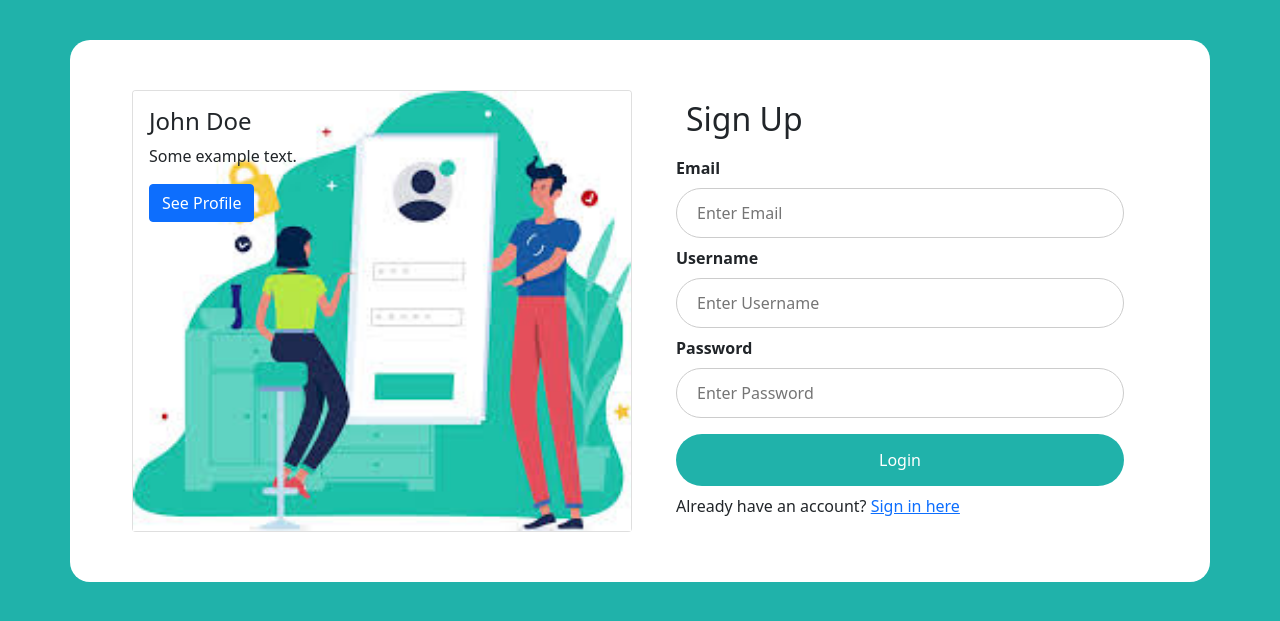
Repository: Sadia-Naveed-Shaikh/JavaScript-Website
Page: SignUp.html
These files come from the project's save history. The page is drawn as it stood at one moment and after the next save; the edit follows.
The browser window is 1280 px wide. The pictures show the whole page.

Above is the page before, as saved 2021-10-27 15:23:07.

### SignUp.html
<!DOCTYPE html>
<html>

<head>
    <meta charset="utf-8">
    <meta name="viewport" content="width=device-width, initial-scale=1.0">
    <title>Signup</title>
    <link href="https://cdn.jsdelivr.net/npm/bootstrap@5.1.3/dist/css/bootstrap.min.css" rel="stylesheet"
        integrity="sha384-1BmE4kWBq78iYhFldvKuhfTAU6auU8tT94WrHftjDbrCEXSU1oBoqyl2QvZ6jIW3" crossorigin="anonymous">
    <!-- <link rel="stylesheet" href="assets/css/style.css"> -->


    <style>
        body {
            background-color: #20b2aa;
        }

        .SignupContainer {
            position: absolute;
            width: 800px;
            height: 500px;
            left: 300px;
            top: 50px;
            background-color: white;
            border-radius: 20px;
            border-top-left-radius: 100px;
            border-bottom-right-radius: 100px;
        }

        .loginImg {
            /* top: 300px;
            left: 50px;
            border-top-left-radius: 20px; */
        }

        input[type=text],
        input[type=password] {
            width: 100%;
            padding: 12px 20px;
            margin: 8px 0;
            display: inline-block;
            border: 1px solid #ccc;
            box-sizing: border-box;
            border-radius: 30px;
        }

        button {
            background-color: #20b2aa;
            color: white;
            padding: 14px 20px;
            margin: 8px 0;
            border: none;
            cursor: pointer;
            width: 100%;
            border-radius: 30px;
        }

        button:hover {
            opacity: 0.8;
        }

        .row{
            background-color: white;
            border-radius: 20px;
            padding: 50px;
            margin-top:40px;
        }
    </style>
</head>

<body>
    <div class="container">
            <div class=row>
                <div class="col-sm-6" >
<div class="card" style="width:500px">
    <img class="card-img-top" src="assets/login.jpeg" alt="Card image">
    <div class="card-img-overlay">
        <h4 class="card-title">John Doe</h4>
        <p class="card-text">Some example text.</p>
        <a href="#" class="btn btn-primary">See Profile</a>
    </div>
</div>


                </div>

                <div class="col-sm-6">
                    <form action="/action_page.php" method="post">
                        <div class="container">
                            <h2 style="padding:10px; justify-content:center; align-items:center">Sign Up</h2>
                            <label for="email"><b>Email</b></label>
                            <input type="text" placeholder="Enter Email" name="email" required>
                            <label for="uname"><b>Username</b></label>
                            <input type="text" placeholder="Enter Username" name="uname" required>
                            <label for="psw"><b>Password</b></label>
                            <input type="password" placeholder="Enter Password" name="psw" required>
                            <button type="submit">Login</button>
                            <label>
                                Already have an account? <a href="login.html">Sign in here</a>

                            </label>
                        </div>
                    </form>


                </div>

        </div>
    </div>




</body>

</html>

After the next save:
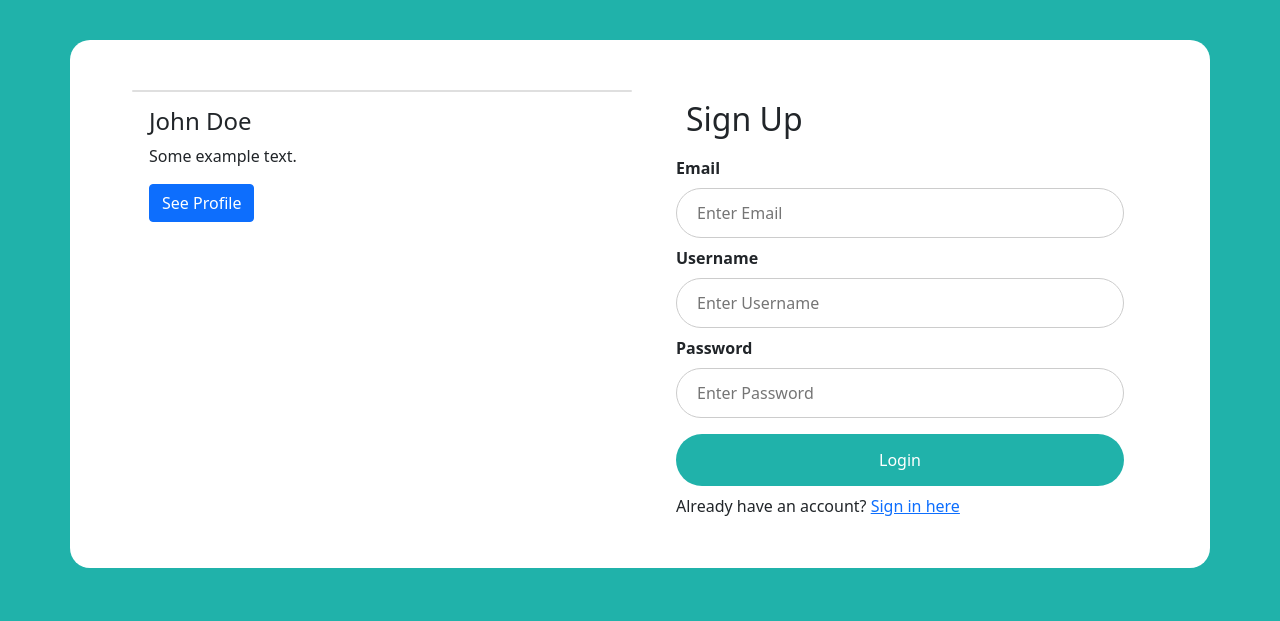
Saved 2 min 0 s later.
--- a/SignUp.html
+++ b/SignUp.html
@@ -72,8 +72,8 @@
     <div class="container">
             <div class=row>
                 <div class="col-sm-6" >
-<div class="card" style="width:500px">
-    <img class="card-img-top" src="assets/login.jpeg" alt="Card image">
+<div class="card" style="width:500px ; background-image: linear-gradient(red, yellow);">
+
     <div class="card-img-overlay">
         <h4 class="card-title">John Doe</h4>
         <p class="card-text">Some example text.</p>
